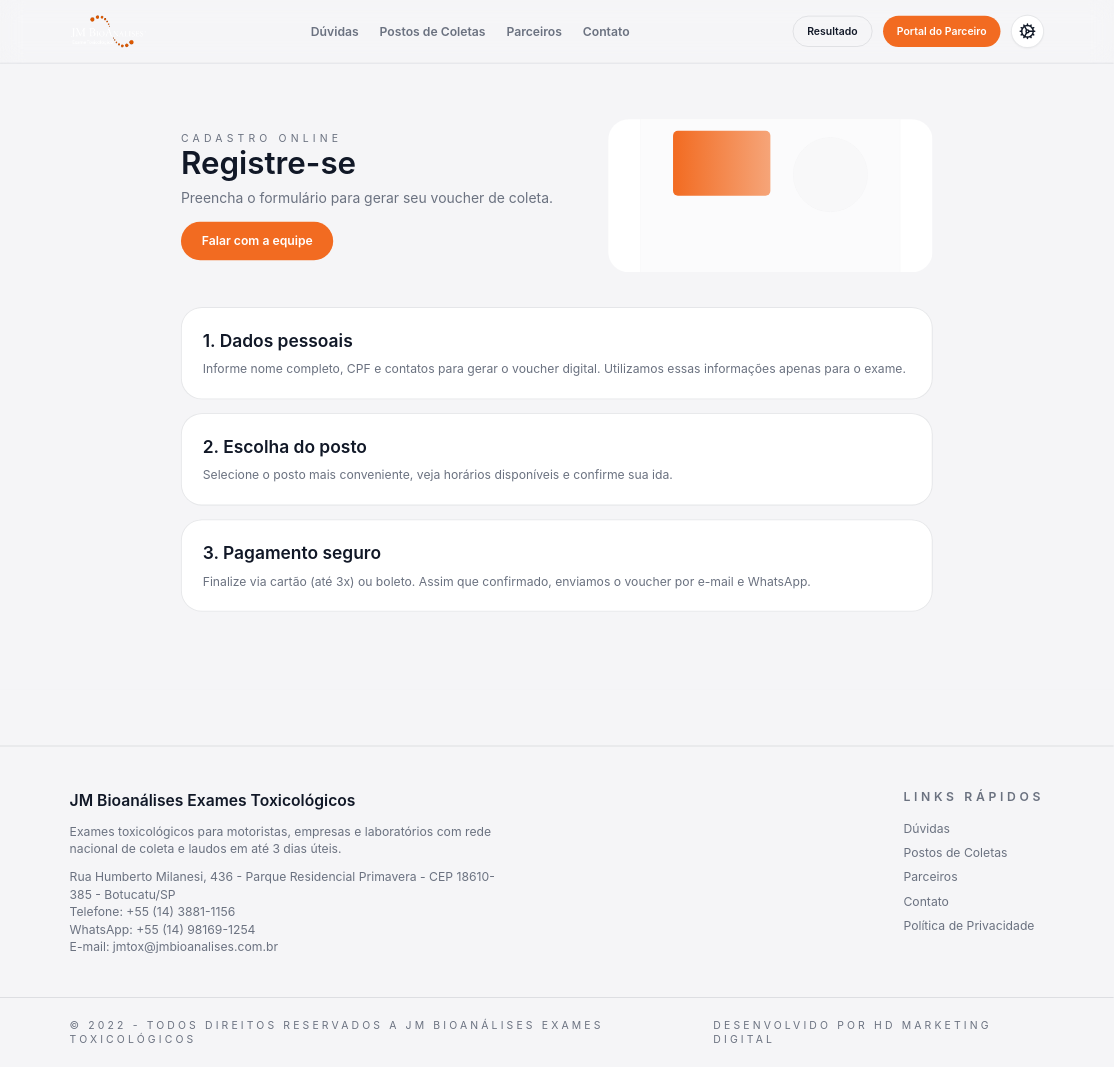
Repository: 1xLab/cat1
Page: /registre-se
The author's editor kept a copy of each file at every save. The page is drawn from the files as they stood at one save, then again after the next save.
The browser window is 1280 px wide. The pictures show the whole page, at 87% of full size.
The page's requests for data from a server got no answer. The project was rebuilt for these pictures with package versions that can differ from the ones it lists, and the page was loaded fresh each time. The framework's server and built-in components were replaced by stand-ins that run in the browser. No one was signed in, and anything a server would have sent is missing. Also part of the build but not shown: next.config.ts.

Above is the page before, as saved 2025-11-19 21:52:28.

### src/app/layout.tsx
import type { Metadata } from "next";
import { Geist, Geist_Mono } from "next/font/google";
import "./globals.css";

import { Header } from "@/components/layout/header";
import { Footer } from "@/components/layout/footer";
import { baseMetadata } from "@/lib/seo";
import { LabSchema } from "@/components/seo/lab-schema";
import { TagManager } from "@/components/analytics/tag-manager";

const geistSans = Geist({
  variable: "--font-geist-sans",
  subsets: ["latin"],
});

const geistMono = Geist_Mono({
  variable: "--font-geist-mono",
  subsets: ["latin"],
});

export const metadata: Metadata = baseMetadata;

export default function RootLayout({
  children,
}: Readonly<{
  children: React.ReactNode;
}>) {
  return (
    <html lang="pt-BR" data-theme="sunrise">
      <body className={`${geistSans.variable} ${geistMono.variable} antialiased`}>
        <TagManager />
        <LabSchema />
        <Header />
        <main className="min-h-screen bg-[var(--color-bg)] text-[var(--color-text)]">
          {children}
        </main>
        <Footer />
      </body>
    </html>
  );
}

### src/app/registre-se/page.tsx
import Image from "next/image";
import type { Metadata } from "next";
import { Button } from "@/components/ui/button";

const steps = [
  {
    title: "1. Dados pessoais",
    body: "Informe nome completo, CPF e contatos para gerar o voucher digital. Utilizamos essas informações apenas para o exame.",
  },
  {
    title: "2. Escolha do posto",
    body: "Selecione o posto mais conveniente, veja horários disponíveis e confirme sua ida.",
  },
  {
    title: "3. Pagamento seguro",
    body: "Finalize via cartão (até 3x) ou boleto. Assim que confirmado, enviamos o voucher por e-mail e WhatsApp.",
  },
];

export const metadata: Metadata = {
  title: "Registre-se | JM Tox",
};

const illustration = "/imagens/illustration-registre-clean.svg";

export default function RegistrePage() {
  return (
    <section className="mx-auto max-w-4xl px-4 py-16">
      <div className="grid gap-6 md:grid-cols-[1fr_0.8fr] md:items-center">
        <div className="space-y-4">
          <div>
            <p className="text-xs uppercase tracking-[0.4em] text-[var(--color-text-muted)]">
              Cadastro online
            </p>
            <h1 className="text-4xl font-semibold text-[var(--color-text)]">
              Registre-se
            </h1>
            <p className="mt-2 text-[var(--color-text-muted)]">
              Preencha o formulário para gerar seu voucher de coleta.
            </p>
          </div>
          <Button asChild>
            <a href="/contato">Falar com a equipe</a>
          </Button>
        </div>
        <div className="relative h-44 rounded-3xl">
          <Image
            src={illustration}
            alt="Caminhão em movimento"
            fill
            className="rounded-3xl object-cover"
            sizes="(min-width: 768px) 350px, 100vw"
          />
        </div>
      </div>
      <div className="mt-10 space-y-4">
        {steps.map((step) => (
          <article
            key={step.title}
            className="rounded-3xl border border-[var(--color-outline)] bg-[var(--color-surface)] p-6"
          >
            <h2 className="text-xl font-semibold text-[var(--color-text)]">
              {step.title}
            </h2>
            <p className="mt-2 text-sm text-[var(--color-text-muted)]">
              {step.body}
            </p>
          </article>
        ))}
      </div>
    </section>
  );
}

### src/app/globals.css
@tailwind base;
@tailwind components;
@tailwind utilities;

:root {
  --color-bg: #f5f5f7;
  --color-surface: #ffffff;
  --color-text: #111827;
  --color-text-muted: #6b7280;
  --color-primary: #f26b21;
  --color-primary-dark: #c65310;
  --color-header: #050608;
  --color-outline: rgba(15, 23, 42, 0.1);
}

[data-theme="sunrise"] {
  --color-bg: #f5f5f7;
  --color-surface: #ffffff;
  --color-text: #111827;
  --color-text-muted: #6b7280;
  --color-primary: #f26b21;
  --color-primary-dark: #c65310;
  --color-header: #050608;
}

[data-theme="midnight"] {
  --color-bg: #050608;
  --color-surface: #111827;
  --color-text: #f9fafb;
  --color-text-muted: #9ca3af;
  --color-primary: #f26b21;
  --color-primary-dark: #f26b21;
  --color-header: #000000;
  --color-outline: rgba(255, 255, 255, 0.1);
}

[data-theme="clinical"] {
  --color-bg: #f3f6fb;
  --color-surface: #ffffff;
  --color-text: #0f172a;
  --color-text-muted: #3f4d63;
  --color-primary: #2563eb;
  --color-primary-dark: #1d4ed8;
  --color-header: #0f172a;
  --color-outline: rgba(15, 23, 42, 0.08);
}

[data-theme="high-contrast"] {
  --color-bg: #000000;
  --color-surface: #000000;
  --color-text: #ffffff;
  --color-text-muted: #f3f4f6;
  --color-primary: #ffbf00;
  --color-primary-dark: #f59e0b;
  --color-header: #000000;
  --color-outline: rgba(255, 255, 255, 0.2);
}

[data-theme="dark"] {
  --color-bg: #111436;
  --color-surface: rgba(255, 255, 255, 0.08);
  --color-text: #fefefe;
  --color-text-muted: #d4ddff;
  --color-primary: #f97316;
  --color-primary-dark: #ea580c;
  --color-header: rgba(17, 20, 54, 0.9);
  --color-outline: rgba(255, 255, 255, 0.2);
}

@layer base {
  * {
    box-sizing: border-box;
  }

  body {
    background: var(--color-bg);
    color: var(--color-text);
    font-family: "Inter", system-ui, -apple-system, BlinkMacSystemFont,
      "Segoe UI", sans-serif;
    min-height: 100vh;
  }
}

@layer utilities {
  .text-balance {
    text-wrap: balance;
  }

  .glass-panel {
    background: color-mix(in srgb, var(--color-surface) 90%, transparent);
    backdrop-filter: blur(18px);
    border: 1px solid color-mix(in srgb, var(--color-outline) 80%, transparent);
    border-radius: 1.5rem;
    box-shadow: 0 15px 45px rgba(15, 23, 42, 0.12);
  }
}

### src/components/layout/header.tsx
import Image from "next/image";
import Link from "next/link";
import { ThemeSwitcher } from "@/components/theme-switcher";
import { Button } from "@/components/ui/button";

const navItems = [
  { label: "Dúvidas", href: "/duvidas-frequentes" },
  { label: "Postos de Coletas", href: "/postos-de-coletas" },
  { label: "Parceiros", href: "/parceiros" },
  { label: "Contato", href: "/contato" },
];

export function Header() {
  return (
    <header className="sticky top-0 z-40 border-b border-[var(--color-outline)] bg-[var(--color-header)]/15 backdrop-blur-md">
      <div className="container mx-auto flex max-w-6xl items-center justify-between gap-4 px-4 py-4">
        <Link href="/" className="flex items-center gap-3">
          <Image
            src="/logo-jm-bioanalises-branco.png"
            alt="JM Bioanálises"
            width={150}
            height={42}
            className="h-10 w-auto"
            priority
          />
          <span className="sr-only">JM Bioanálises</span>
        </Link>
        <nav className="hidden items-center gap-6 text-sm font-semibold text-[var(--color-text-muted)] lg:flex">
          {navItems.map((item) => (
            <Link
              key={item.href}
              href={item.href}
              className="transition hover:text-[var(--color-text)]"
            >
              {item.label}
            </Link>
          ))}
        </nav>
        <div className="flex items-center gap-3">
          <Button asChild variant="outline" size="sm">
            <Link href="/duvidas-frequentes#resultado-online">Resultado</Link>
          </Button>
          <Button asChild size="sm">
            <Link href="/parceiros">Portal do Parceiro</Link>
          </Button>
          <ThemeSwitcher />
        </div>
      </div>
      <div className="border-t border-[var(--color-outline)] bg-[var(--color-header)] px-4 py-3 lg:hidden">
        <nav className="flex flex-wrap gap-3 text-sm font-semibold text-[var(--color-text-muted)]">
          {navItems.map((item) => (
            <Link
              key={item.href}
              href={item.href}
              className="rounded-full border border-gray-600 px-3 py-1 transition hover:border-[var(--color-primary)] hover:text-white"
            >
              {item.label}
            </Link>
          ))}
        </nav>
      </div>
    </header>
  );
}

### src/components/layout/footer.tsx
import Link from "next/link";

import { siteConfig } from "@/lib/site";

const quickLinks = [
  { label: "Dúvidas", href: "/duvidas-frequentes" },
  { label: "Postos de Coletas", href: "/postos-de-coletas" },
  { label: "Parceiros", href: "/parceiros" },
  { label: "Contato", href: "/contato" },
  { label: "Política de Privacidade", href: "/politica-de-privacidade" },
];

export function Footer() {
  return (
    <footer className="mt-16 border-t border-[var(--color-outline)] bg-[var(--color-surface)]/95">
      <div className="mx-auto flex max-w-6xl flex-col gap-8 px-4 py-12 md:flex-row md:justify-between">
        <div className="max-w-lg space-y-3">
          <p className="text-lg font-semibold text-[var(--color-text)]">
            {siteConfig.name}
          </p>
          <p className="text-sm text-[var(--color-text-muted)]">
            {siteConfig.description}
          </p>
          <div className="text-sm text-[var(--color-text-muted)]">
            <p>{siteConfig.address}</p>
            <p>Telefone: {siteConfig.contacts.phone}</p>
            <p>WhatsApp: {siteConfig.contacts.mobile}</p>
            <p>E-mail: {siteConfig.contacts.email}</p>
          </div>
        </div>
        <div>
          <p className="text-sm font-semibold uppercase tracking-[0.3em] text-[var(--color-text-muted)]">
            Links rápidos
          </p>
          <ul className="mt-4 space-y-2 text-sm">
            {quickLinks.map((link) => (
              <li key={link.href}>
                <Link
                  href={link.href}
                  className="text-[var(--color-text-muted)] transition hover:text-[var(--color-text)]"
                >
                  {link.label}
                </Link>
              </li>
            ))}
          </ul>
        </div>
      </div>
      <div className="border-t border-[var(--color-outline)]">
        <div className="mx-auto flex max-w-6xl flex-col gap-2 px-4 py-6 text-xs uppercase tracking-[0.3em] text-[var(--color-text-muted)] md:flex-row md:items-center md:justify-between">
          <p>
            © 2022 - Todos Direitos Reservados a JM Bioanálises Exames Toxicológicos
          </p>
          <p>Desenvolvido por HD Marketing Digital</p>
        </div>
      </div>
    </footer>
  );
}

### src/lib/seo.ts
import type { Metadata } from "next";
import { siteConfig } from "./site";

type SEOParams = {
  title?: string;
  description?: string;
  path?: string;
};

export const baseMetadata: Metadata = {
  metadataBase: new URL(siteConfig.url),
  title: {
    default: `${siteConfig.name} | Laboratório de Toxicologia`,
    template: `%s | ${siteConfig.name}`,
  },
  description: siteConfig.description,
  openGraph: {
    type: "website",
    url: siteConfig.url,
    title: siteConfig.name,
    description: siteConfig.description,
    images: [
      {
        url: siteConfig.ogImage,
        width: 1200,
        height: 630,
        alt: siteConfig.name,
      },
    ],
  },
  twitter: {
    card: "summary_large_image",
    title: siteConfig.name,
    description: siteConfig.description,
    images: [siteConfig.ogImage],
  },
  icons: {
    icon: "/favicon.ico",
  },
};

export const generatePageMetadata = ({
  title,
  description,
  path = "",
}: SEOParams): Metadata => ({
  ...baseMetadata,
  title,
  description,
  alternates: {
    canonical: path ? `${siteConfig.url}${path}` : siteConfig.url,
  },
});

### src/components/seo/lab-schema.tsx
export function LabSchema() {
  const jsonLd = {
    "@context": "https://schema.org",
    "@type": "MedicalOrganization",
    name: "JM Bioanálises Exames Toxicológicos",
    url: "https://jmtox.com.br",
    address: {
      "@type": "PostalAddress",
      streetAddress:
        "Rua Humberto Milanesi, 436 - Parque Residencial Primavera",
      addressLocality: "Botucatu",
      addressRegion: "SP",
      postalCode: "18610-385",
      addressCountry: "BR",
    },
    contactPoint: {
      "@type": "ContactPoint",
      telephone: "+55-14-3881-1156",
      contactType: "customer service",
      availableLanguage: ["Portuguese", "English"],
    },
    sameAs: ["https://www.linkedin.com/company/jmbioanalises"],
    medicalSpecialty: ["Toxicologic"],
  };

  return (
    <script
      type="application/ld+json"
      dangerouslySetInnerHTML={{ __html: JSON.stringify(jsonLd) }}
    />
  );
}

### src/components/analytics/tag-manager.tsx
"use client";

import Script from "next/script";

export function TagManager() {
  const id = process.env.NEXT_PUBLIC_GTM_ID;
  if (!id) return null;

  return (
    <>
      <Script id="gtm-loader">
        {`
          (function(w,d,s,l,i){w[l]=w[l]||[];w[l].push({'gtm.start':
          new Date().getTime(),event:'gtm.js'});var f=d.getElementsByTagName(s)[0],
          j=d.createElement(s),dl=l!='dataLayer'?'&l='+l:'';j.async=true;j.src=
          'https://www.googletagmanager.com/gtm.js?id='+i+dl;f.parentNode.insertBefore(j,f);
          })(window,document,'script','dataLayer','${id}');
        `}
      </Script>
      <noscript>
        <iframe
          src={`https://www.googletagmanager.com/ns.html?id=${id}`}
          height="0"
          width="0"
          style={{ display: "none", visibility: "hidden" }}
        />
      </noscript>
    </>
  );
}

### src/components/ui/button.tsx
"use client";

import * as React from "react";
import { Slot } from "@radix-ui/react-slot";
import { cva, type VariantProps } from "class-variance-authority";

import { cn } from "@/lib/utils";

const buttonVariants = cva(
  "inline-flex items-center justify-center whitespace-nowrap rounded-full text-sm font-semibold transition focus-visible:outline-none focus-visible:ring-2 focus-visible:ring-[var(--color-primary)] disabled:pointer-events-none disabled:opacity-60",
  {
    variants: {
      variant: {
        default:
          "bg-[var(--color-primary)] text-white hover:bg-[var(--color-primary-dark)]",
        secondary:
          "bg-[var(--color-surface)] text-[var(--color-text)] border border-[var(--color-outline)] hover:border-[var(--color-primary)]",
        outline:
          "border border-[var(--color-outline)] text-[var(--color-text)] hover:border-[var(--color-primary)] hover:text-[var(--color-text)]",
        ghost: "text-[var(--color-text)] hover:bg-[var(--color-outline)]/30",
        link: "underline-offset-4 text-[var(--color-primary)] hover:underline",
      },
      size: {
        default: "h-11 px-6",
        sm: "h-9 px-4 text-xs",
        lg: "h-12 px-8 text-base",
        icon: "h-10 w-10",
      },
    },
    defaultVariants: {
      variant: "default",
      size: "default",
    },
  }
);

export interface ButtonProps
  extends React.ButtonHTMLAttributes<HTMLButtonElement>,
    VariantProps<typeof buttonVariants> {
  asChild?: boolean;
}

const Button = React.forwardRef<HTMLButtonElement, ButtonProps>(
  ({ className, variant, size, asChild = false, ...props }, ref) => {
    const Comp = asChild ? Slot : "button";
    return (
      <Comp
        className={cn(buttonVariants({ variant, size, className }))}
        ref={ref}
        {...props}
      />
    );
  }
);
Button.displayName = "Button";

export { Button, buttonVariants };

### src/components/theme-switcher.tsx
"use client";

import { useEffect, useState } from "react";
import { Cog, Check } from "lucide-react";
import { cn } from "@/lib/utils";

const themes = [
  { id: "sunrise", name: "Sunrise Light", description: "Luz natural com laranja vibrante." },
  { id: "midnight", name: "Midnight Dark", description: "Interface escura para salas de comando." },
  { id: "clinical", name: "Clinical Light", description: "Azul clínico com fundos neutros." },
  { id: "high-contrast", name: "High Contrast", description: "Alto contraste para máxima leitura." },
];

function applyThemeValue(
  value: string,
  setTheme: (theme: string) => void
) {
  const next = themes.find((item) => item.id === value) ? value : "sunrise";
  setTheme(next);
  document.documentElement.setAttribute("data-theme", next);
  try {
    localStorage.setItem("jmbio-theme", next);
  } catch {
    /* ignore */
  }
}

export function ThemeSwitcher() {
  const [open, setOpen] = useState(false);
  const [theme, setTheme] = useState("sunrise");

  useEffect(() => {
    let stored = "sunrise";
    try {
      stored = localStorage.getItem("jmbio-theme") || "sunrise";
    } catch {
      stored = "sunrise";
    }
    applyThemeValue(stored, setTheme);
  }, []);

  function apply(value: string) {
    applyThemeValue(value, setTheme);
  }

  return (
    <div className="relative">
      <button
        aria-label="Alterar tema do site"
        className="rounded-full border border-[var(--color-outline)] bg-[var(--color-surface)] p-2 text-[var(--color-text)] shadow-sm transition hover:shadow-md"
        onClick={() => setOpen((prev) => !prev)}
      >
        <Cog className="h-5 w-5" />
      </button>
      {open && (
        <div className="absolute right-0 z-50 mt-3 w-64 rounded-2xl border border-[var(--color-outline)] bg-[var(--color-surface)] p-4 shadow-xl">
          <p className="text-xs font-semibold uppercase tracking-[0.3em] text-[var(--color-text-muted)]">
            Temas
          </p>
          <div className="mt-3 space-y-2">
            {themes.map((item) => (
              <button
                key={item.id}
                className={cn(
                  "flex w-full items-start gap-2 rounded-2xl border border-transparent p-3 text-left transition hover:border-[var(--color-outline)]",
                  theme === item.id && "border-[var(--color-primary)] bg-[var(--color-primary)]/10"
                )}
                onClick={() => apply(item.id)}
              >
                <span className="mt-1 text-[var(--color-primary)]">
                  {theme === item.id ? <Check className="h-4 w-4" /> : <span className="block h-4 w-4 rounded-full border border-[var(--color-outline)]" />}
                </span>
                <span>
                  <span className="font-semibold text-[var(--color-text)]">{item.name}</span>
                  <span className="block text-xs text-[var(--color-text-muted)]">{item.description}</span>
                </span>
              </button>
            ))}
          </div>
        </div>
      )}
    </div>
  );
}

### src/lib/site.ts
export const siteConfig = {
  name: "JM Bioanálises Exames Toxicológicos",
  description:
    "Exames toxicológicos para motoristas, empresas e laboratórios com rede nacional de coleta e laudos em até 3 dias úteis.",
  url: "https://jmtox.com.br",
  ogImage: "/logo-jm-bioanalises-branco.png",
  social: {
    linkedin: "https://www.linkedin.com/company/jmbioanalises",
    whatsapp: "https://api.whatsapp.com/send?phone=5514981691254",
  },
  contacts: {
    phone: "+55 (14) 3881-1156",
    mobile: "+55 (14) 98169-1254",
    email: "jmtox@jmbioanalises.com.br",
  },
  address:
    "Rua Humberto Milanesi, 436 - Parque Residencial Primavera - CEP 18610-385 - Botucatu/SP",
};

export type SiteConfig = typeof siteConfig;

### src/lib/utils.ts
import { type ClassValue, clsx } from "clsx";
import { twMerge } from "tailwind-merge";

export function cn(...inputs: ClassValue[]) {
  return twMerge(clsx(inputs));
}

export function formatPhone(phone: string) {
  const digits = phone.replace(/\D/g, "");
  const match = digits.match(/^(\d{2})(\d{5})(\d{4})$/);
  if (!match) return phone;
  return `(${match[1]}) ${match[2]}-${match[3]}`;
}

export function slugify(value: string) {
  return value
    .toLowerCase()
    .normalize("NFD")
    .replace(/[\u0300-\u036f]/g, "")
    .replace(/[^a-z0-9]+/g, "-")
    .replace(/(^-|-$)+/g, "");
}

export function formatIsoDate(date: string) {
  return new Date(date).toLocaleDateString("pt-BR", {
    day: "2-digit",
    month: "short",
    year: "numeric",
  });
}

### tailwind.config.ts
import type { Config } from "tailwindcss";
import { fontFamily } from "tailwindcss/defaultTheme";
import animate from "tailwindcss-animate";

const config: Config = {
  darkMode: ["class"],
  content: ["./src/**/*.{ts,tsx}"],
  theme: {
    container: {
      center: true,
      padding: {
        DEFAULT: "1.5rem",
        md: "2rem",
      },
      screens: {
        "2xl": "1320px",
      },
    },
    extend: {
      colors: {
        border: "hsl(var(--border))",
        input: "hsl(var(--input))",
        ring: "hsl(var(--ring))",
        background: "hsl(var(--background))",
        foreground: "hsl(var(--foreground))",
        primary: {
          DEFAULT: "hsl(var(--primary))",
          foreground: "hsl(var(--primary-foreground))",
        },
        secondary: {
          DEFAULT: "hsl(var(--secondary))",
          foreground: "hsl(var(--secondary-foreground))",
        },
        muted: {
          DEFAULT: "hsl(var(--muted))",
          foreground: "hsl(var(--muted-foreground))",
        },
        accent: {
          DEFAULT: "hsl(var(--accent))",
          foreground: "hsl(var(--accent-foreground))",
        },
        destructive: {
          DEFAULT: "hsl(var(--destructive))",
          foreground: "hsl(var(--destructive-foreground))",
        },
        card: {
          DEFAULT: "hsl(var(--card))",
          foreground: "hsl(var(--card-foreground))",
        },
      },
      borderRadius: {
        lg: "var(--radius)",
        md: "calc(var(--radius) - 2px)",
        sm: "calc(var(--radius) - 4px)",
      },
      fontFamily: {
        sans: ["var(--font-geist-sans)", ...fontFamily.sans],
        mono: ["var(--font-geist-mono)", ...fontFamily.mono],
      },
      backgroundImage: {
        "grid-fade":
          "radial-gradient(circle at 20% 20%, hsla(var(--primary),0.25), transparent 55%), radial-gradient(circle at 80% 0%, hsla(var(--accent),0.3), transparent 60%)",
      },
    },
  },
  plugins: [animate],
};

export default config;

After the next save:
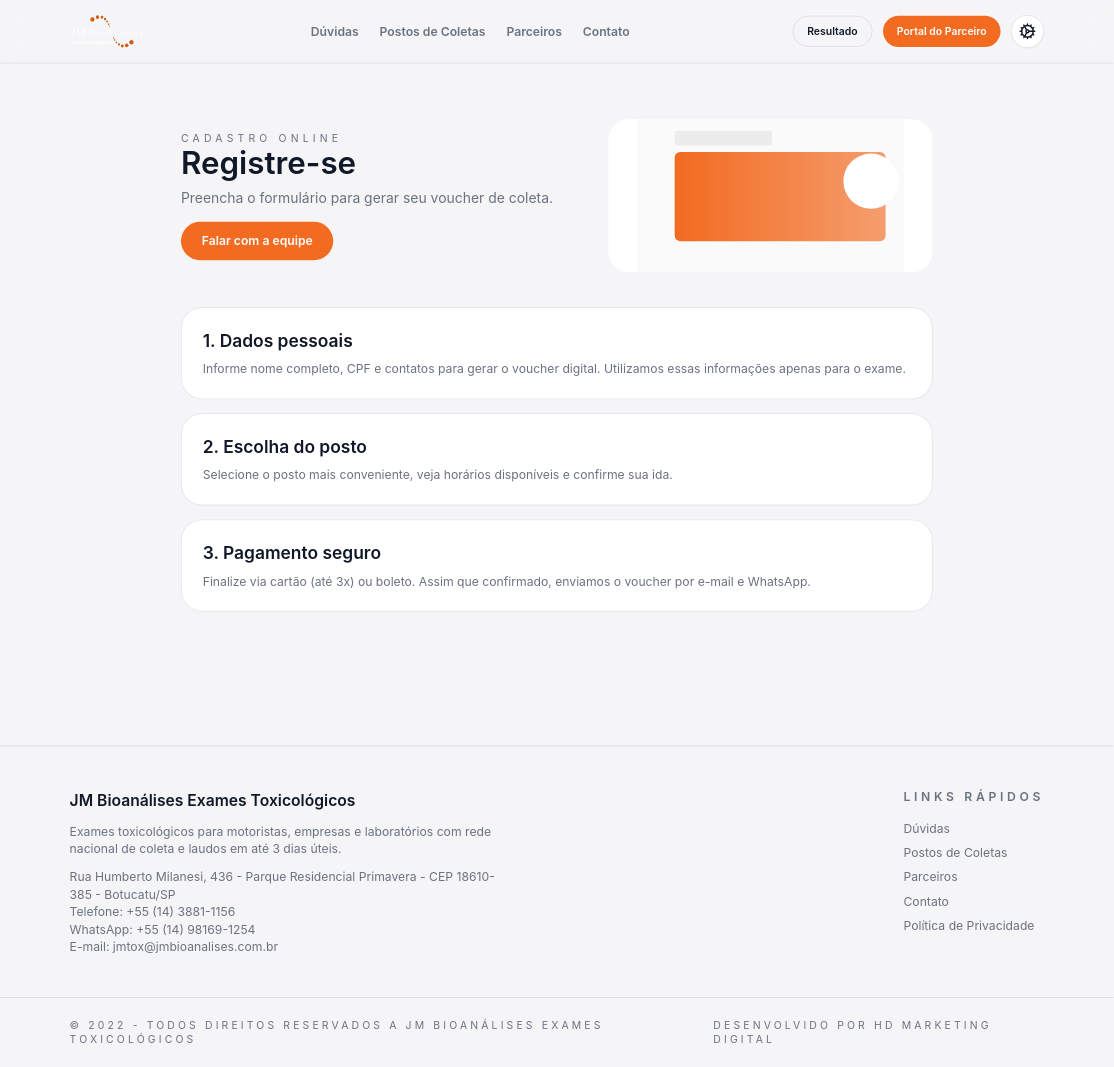
Saved 5 s later.
--- a/src/app/registre-se/page.tsx
+++ b/src/app/registre-se/page.tsx
@@ -21,7 +21,7 @@ export const metadata: Metadata = {
   title: "Registre-se | JM Tox",
 };
 
-const illustration = "/imagens/illustration-registre-clean.svg";
+const illustration = "/imagens/illustration-registre-v2.svg";
 
 export default function RegistrePage() {
   return (
